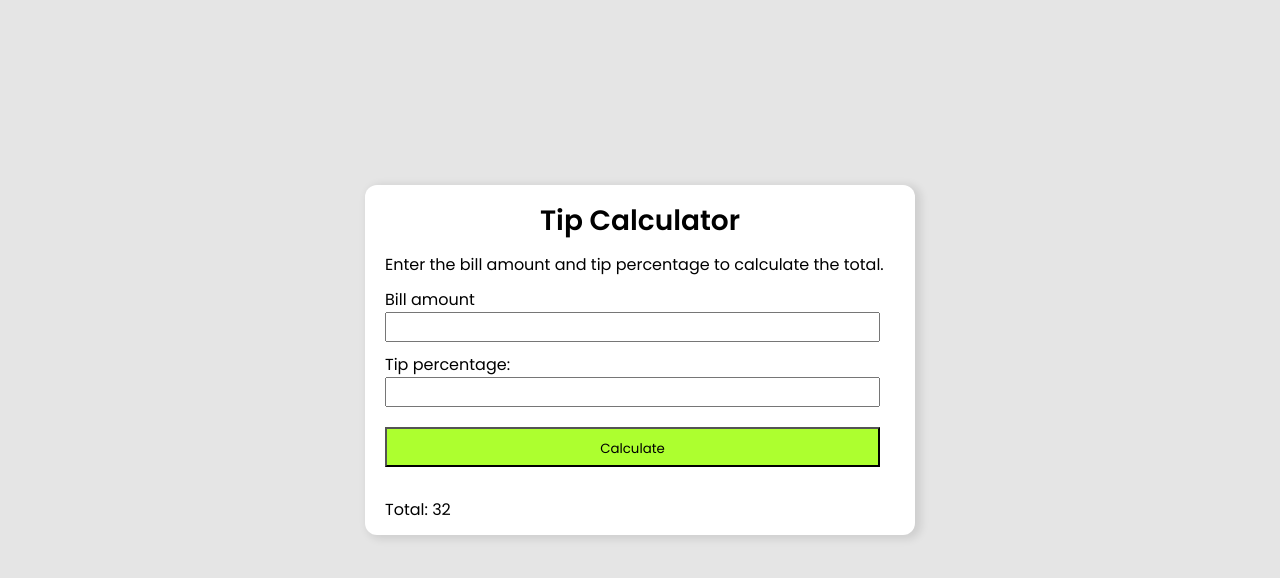
Repository: Ankitkr2021/Tip-Calculator
Page: index.html
These files come from the project's save history. The page is drawn as it stood at one moment and after the next save; the edit follows.
The browser window is 1280 px wide. The pictures show the whole page.

Above is the page before, as saved 2025-10-27 10:56:59.

After the next save:
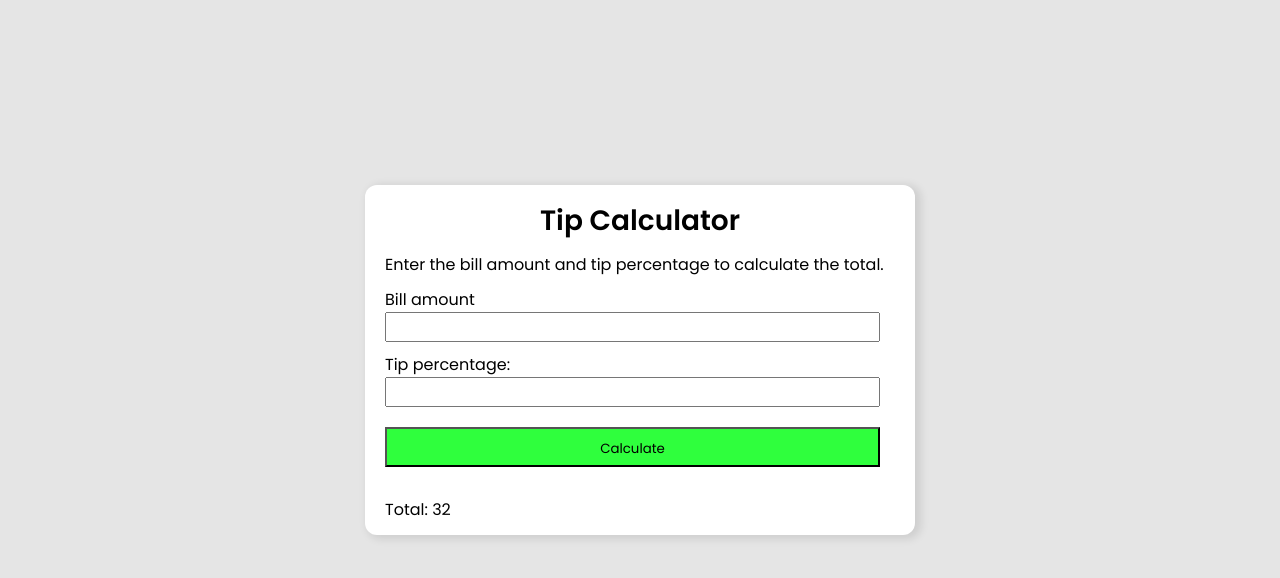
Saved 6 s later.
--- a/style.css
+++ b/style.css
@@ -48,5 +48,5 @@ button {
     width: 90%;
     margin: 20px;
     height: 40px;
-    background-color: greenyellow;
+    background-color: rgb(47, 255, 61);
 }
